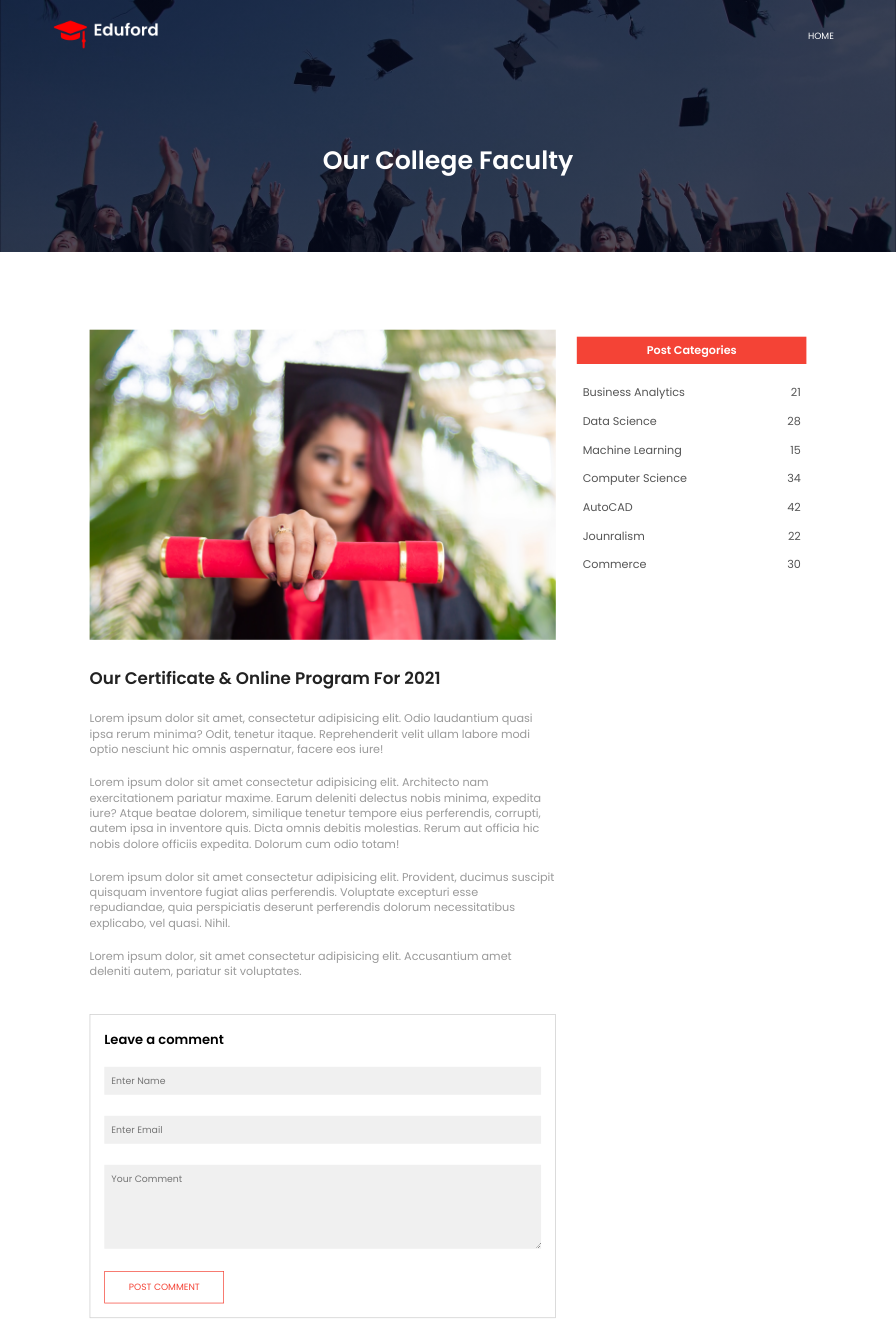
Repository: xoshiraghavx/Gbu-faculty
Page: 6th trail.html
The author's editor kept a copy of each file at every save. The page is drawn from the files as they stood at one save, then again after the next save.
The browser window is 1280 px wide. The pictures show the part of the page from y = 0 to 1920 px (the page is 2857 px tall), at 70% of full size.

Above is the page before, as saved 2023-08-12 01:47:46.

### 6th trail.html
<!DOCTYPE html>
<html lang="en">
<head>
    <meta charset="UTF-8">
    <meta http-equiv="X-UA-Compatible" content="IE=edge">
    <meta name="viewport" content="width=device-width, initial-scale=1.0">
    <title>kya hoga mera</title>
    <link rel="stylesheet" href="../css/6th trial.css">
    <link rel="preconnect" href="https://fonts.googleapis.com">
<link rel="preconnect" href="https://fonts.gstatic.com" crossorigin>
<link href="https://fonts.googleapis.com/css2?family=Poppins:wght@100;200;300;400;600;700&family=Righteous&display=swap" rel="stylesheet">
<link rel="stylesheet" href="https://stackpath.bootstrapcdn.com/font-awesome/4.7.0/css/font-awesome.min.css">
</head>
<body>
    <section class="sub-header">
        <nav>
            <a href="6th trail.html"><img src="../img/eduford.png" alt=""></a>
            <div class="nav-links" id="navLinks">
                <i class="fa fa-times" onclick="hideMenu()"></i>
                <ul>
                    <li><a href="6th trail.html">HOME</a></li>
                </ul>
            </div>
            <i class="fa fa-bars" onclick="showMenu()"></i>
        </nav>
        <h1>Our College Faculty</h1>
    </section>

    <!-- --------Blong content---------- -->
    <section class="blog-content">
        <div class="row">
            <div class="blog-left">
                <img src="../img/certificate.jpg" alt="">
                <h2>Our Certificate & Online Program For 2021</h2>
                <p>Lorem ipsum dolor sit amet, consectetur adipisicing elit. Odio laudantium quasi ipsa rerum minima? Odit, tenetur itaque. Reprehenderit velit ullam labore modi optio nesciunt hic omnis aspernatur, facere eos iure!</p>
                <br>
                <p>Lorem ipsum dolor sit amet consectetur adipisicing elit. Architecto nam exercitationem pariatur maxime. Earum deleniti delectus nobis minima, expedita iure? Atque beatae dolorem, similique tenetur tempore eius perferendis, corrupti, autem ipsa in inventore quis. Dicta omnis debitis molestias. Rerum aut officia hic nobis dolore officiis expedita. Dolorum cum odio totam!</p>
                <br>
                <p>Lorem ipsum dolor sit amet consectetur adipisicing elit. Provident, ducimus suscipit quisquam inventore fugiat alias perferendis. Voluptate excepturi esse repudiandae, quia perspiciatis deserunt perferendis dolorum necessitatibus explicabo, vel quasi. Nihil.</p>
                <br>
                <p>Lorem ipsum dolor, sit amet consectetur adipisicing elit. Accusantium amet deleniti autem, pariatur sit voluptates.</p>
                <div class="comment-box">
                    <h3>Leave a comment</h3>
                    <form class="comment-form">
                        <input type="text" placeholder="Enter Name">
                        <input type="email" placeholder="Enter Email">
                        <textarea rows="5" placeholder="Your Comment"></textarea>
                        <button type="submit" class="hero-btn red-btn">POST COMMENT</button>
                    </form>
                </div>
            </div>
            <div class="blog-right">
                <h3>Post Categories</h3>
                <div>
                    <span>Business Analytics</span>
                    <span>21</span>
                </div>
                <div>
                  <span>Data Science</span>
                  <span>28</span>
                </div>
                <div>
                  <span>Machine Learning</span>
                  <span>15</span>
                </div>
                <div>
                  <span>Computer Science</span>
                  <span>34</span>
                </div>
                <div>
                  <span> AutoCAD</span>
                  <span>42</span>
                </div>
                <div>
                  <span> Jounralism</span>
                  <span>22</span>
                </div>
                <div>
                  <span>Commerce</span>
                  <span>30</span>
                </div>
             </div>
        </div>
    </section>

    <!-- -------about us content---------->
    <section class="about-us">
        <div class="row">
            <div class="about-col">
                <h1>We are the world's largest university</h1>
                <p>Lorem ipsum dolor sit amet consectetur adipisicing elit. Voluptates unde necessitatibus consectetur aut, quisquam at, dolorem, deleniti deserunt a error officia? Quas, quos. Nemo assumenda fugiat dolore ad illo soluta.</p>
                <a href="" class="hero-btn red-btn">EXPLORE NOW</a>
            </div>
            <div class="about-col">
                <img src="../img/aboutuniversity.jpg" alt="">
            </div>
        </div>



    </section>

<!-- --------footer--------- -->
<section class="footer">
    <h4>About Us</h4>
    <p>Lorem ipsum dolor sit amet, consectetur adipisicing elit. Iste repellendus accusantium nostrum ea quisquam, cum tenetur obcaecati rerum, enim <br> neque minima soluta. Sunt explicabo praesentium aperiam voluptas inventore, in laborum.</p>
    <div class="icons">
        <i class="fa fa-facebook" aria-hidden="true"></i>
        <i class="fa fa-twitter" aria-hidden="true"></i>
        <i class="fa fa-instagram" aria-hidden="true"></i>
        <i class="fa fa-youtube" aria-hidden="true"></i>
    </div>
    <p>Made with <i class="fa fa-heart" aria-hidden="true"></i> by oshi Raghav</p>






</section>





<!-- ---------------javascript for toggle menu ----------------->
    <script>
        var navLinks = document.getElementById("navLinks");
        function showMenu(){
            navLinks.style.right = "0";
        }

        function hideMenu(){
            navLinks.style.right = "-200px";
        }

    </script>
</body>
</html>

### css/6th trial.css
*{
    margin: 0;
    padding: 0;
    font-family: 'poppins', sans-serif;
}
.header{
    min-height: 100vh;
    width: 100%;
    background: linear-gradient(rgba(4,9,30,0.7),rgba(4,9,30,0.7)),url(../img/university.png);
background-repeat: no-repeat;
    background-position: bottom;
    background-size: cover;
    position: relative;
}
nav{
    display: flex;
    padding: 2% 6%;
    justify-content: space-between;
    align-items: center;
}
nav img{
    width: 150px;
}
.nav-links{
    flex: 1;
    text-align: right;
}
.nav-links ul li{
    list-style: none;
    display: inline-block;
    padding: 8px 12px;
    position: relative;
}
.nav-links ul li a{
    color: #fff;
    text-decoration: none;
    font-size: 13px;
}
.nav-links ul li::after{
    content: '';
    width: 0%;
    height: 2px;
    background: #f44336;
    display: block;
    margin: auto;
    transition: 0.5s;
}
.nav-links ul li:hover::after{
    width: 100%;
}
.text-box{
    width: 90%;
    color: #fff;
    position: absolute;
    top: 50%;
    left: 50%;
    transform: translate(-50%,-50%);
    text-align: center;
}
.text-box h1{
    font-size: 62px;
}
.text-box p{
    margin: 10px 0 40px;
    font-size: 14px;
    color: #fff;
}
.hero-btn{
    display: inline-block;
    text-decoration: none;
    color: #fff;
    border: 1px solid #fff;
    padding: 12px 34px;
    font-size: 13px;
    background: transparent;
    position: relative;
    cursor: pointer;
}
.hero-btn{
    display: inline-block;
    text-decoration: none;
    color: #fff;
    border: 1px solid #fff;
    padding: 12px 34px;
    font-size: 13px;
    background: transparent;
    position: relative;
    cursor: pointer;
}
.hero-btn:hover{
    border: 1px solid #f44336;
    background: #f44336;
    transition: 1s;
}
nav .fa{
    display: none;
}
@media(max-width: 700px){
    .text-box h1{
        font-size: 20px;
    }
    .nav-links ul li{
        display: block;
    }
    .nav-links{
        position: fixed;
        background: #f44336;
        height: 100vh;
        width: 200px;
        top: 0;
        right: -200px;
        text-align: left;
        z-index: 2;
        transition: 1s;
    }
    nav .fa{
        display: block;
        color: #fff;
        margin: 10px;
        font-size: 22px;
        cursor: pointer;
    }
    .nav-links ul{
        padding: 30px;
    }
}
/* -------- course----- */
.course{
    width: 80%;
    margin: auto;
    text-align: center;
    padding-top: 80px;
}
h1{
    font-size: 36px;
    font-weight: 600;
}
p{
    color: #777;
    font-size: 300;
    line-height: 22px;
    padding: 10px;
}
.row{
    margin-top: 5%;
    display: flex;
    justify-content: space-between;
}
.course-col{
    flex-basis: 31%;
    background: #fff3f3;
    border-radius: 10px;
    margin-bottom: 5%;
    padding: 20px 12px;
    box-sizing: border-box;
    transition: 0.5s;
}
h3{
    text-align: center;
    font-weight: 600;
    margin: 10px 0px;
}
.course-col:hover{
    box-shadow: rgba(241, 128, 128, 0.25) 0px 54px 55px, rgba(233, 177, 177, 0.12) 0px -12px 30px, rgba(238, 209, 209, 0.12) 0px 4px 6px, rgba(230, 100, 100, 0.17) 0px 12px 13px, rgba(250, 27, 27, 0.09) 0px -3px 5px;
}
@media(max-width: 700px){
    .row{
        flex-direction: column;
    }

}
/* -------- campus------ */
.campus{
    width: 80%;
    margin: auto;
    text-align: center;
    padding-top: 50px;
}
.campus-col{
    flex-basis: 32%;
    border-radius: 10px;
    margin-bottom: 30px;
    position: relative;
    overflow: hidden;
}
.campus-col img{
    width: 100%;
    display: block;
}
.layer{
    background: transparent;
    height: 100%;
    width: 100%;
    position: absolute;
    top: 0;
    left: 0;
    transition: 0.5s;
}
.layer:hover{
    background: rgb(226, 0, 0,0.7);
}
.layer h3{
    width: 100%;
    font-weight: 500;
    color: #fff;
    font-size: 26px;
    bottom: 0;
    left: 50%;
    transform: translateX(-50%);
    position: absolute;
    opacity: 0;
    transition: 0.5s;
}
.layer:hover h3{
    bottom: 49%;
    opacity: 1;
}
/* ---------facilities-------- */
.facilities{
    width: 80%;
    margin: auto;
    text-align: center;
    padding-top: 50px;
}
.facilities-col{
    flex-basis: 31%;
    border-radius: 10px;
    text-align: left;
    margin-bottom: 5%;
}
.facilities-col img{
    width: 100%;
    border-radius: 10px;
}
.facilities-col p{
    padding: 0;
}
.facilities-col h3{
    margin-top: 16px;
    margin-bottom: 15px;
    text-align: left;
}
/* ------- testimonials------- */
.testimonials{
    width: 80%;
    padding-top: 50px;
    text-align: center;
    margin: auto;
}
.testimonial-col{
    flex-basis: 40%;
    border-radius: 10px;
    margin-bottom: 5%;
    text-align: left;
    background: #fff3f3;
    padding: 25px;
    cursor: pointer;

}
.testimonial-col img{
    height: 40px;
    margin-left: 5px;
    margin-right: 30px;
    border-radius: 50%;
}
.testimonial-col p{
    padding: 0;
}
.testimonial-col h3{
    margin-top: 15px;
    text-align: left;
}
.testimonial-col .fa{
    color: #f44336;
}
@media(max-width: 700px){
    .testimonial-col img{
        margin-left: 0px;
        margin-right: 15px;
    }
}

/* -------call to action------- */
.cta{
    margin: 100px auto;
    width: 80%;
    background: linear-gradient(rgba(0,0,0,0.7), rgba(0,0,0,0.7)),url(../img/banner2.jpg);
    background-position: center;
    background-size: cover;
    border-radius: 10px;
    text-align: center;
    padding: 100px 0;
}
.cta h1{
    color: #fff ;
    margin-bottom: 40px;
    padding: 0;
}

@media(max-width: 700px){
    .cta h1{
        font-size: 24px;
    }
}

/* ---------footer----------- */
.footer{
    width: 100%;
    text-align: center;
    padding: 30px 0;
}
.footer h4{
    margin-bottom: 25px;
    margin-top: 20px;
    font-weight: 600;
}
.icons .fa{
    color: #f44336;
    margin: 0 13px;
    cursor: pointer;
    padding: 18px 0;
}
.fa-heart-o{
    color: #f44336;
}

/* -------about us page------- */
.sub-header{
    height: 50vh;
    width: 100%;
    background-image: linear-gradient(rgba(4,9,30,0.7),rgba(4,9,30,0.7)),url(../img/scholors.jpg);
    background-position: center;
    background-size: cover;
    text-align: center;
    color: #fff;
}
.sub-header h1{
    margin-top: 100px;
}
.about-us{
    width: 80%;
    margin: auto;
    padding-top: 80px;
    padding-bottom: 50px;
}
.about-col{
    flex-basis: 48%;
    padding: 30px 2px;
}
.about-col img{
    width: 100%;
}
.about-col h1{
    padding-top: 0;
}
.about-col p{
    padding: 15px 0 25px;
}
.red-btn{
    border: 1px solid #f44336;
    background: transparent;
    color: #f44336;
}
.red-btn:hover{
    color: #fff;
}

/* -------blog-content---------- */
.blog-content{
    width: 80%;
    margin: auto;
    padding: 60px 0;
}
.blog-left{
    flex-basis: 65%;
}
.blog-left img{
    width: 100%;
}
.blog-left h2{
    color: #222;
    font-weight: 600;
    margin: 30px 0;
}
.blog-left p{
    color: #999;
    padding: 0;
}
.blog-right{
    flex-basis: 32%;
}
.blog-right h3{
    background: #f44336;
    color: #fff;
    padding: 7px 0;
    font-size: 16px;
    margin-bottom: 20px;
}
.blog-right div{
    display: flex;
    align-items: center;
    justify-content: space-between;
    color: #555 ;
    padding: 8px;
    box-sizing: border-box;
}
.comment-box{
    border: 1px solid #ccc;
    margin: 50px 0;
    padding: 10px 20px;
}
.comment-box h3{
    text-align: left;
}
.comment-form input, .comment-form textarea{
    width: 100%;
    padding: 10px;
    margin: 15px 0;
    box-sizing: border-box;
    border: none;
    outline: none;
    color: #222;
    background: #f0f0f0;
}
.comment-form button{
    margin: 10px 0;
}
@media(max-width:700px){
    .sub-header h1{
        font-size: 24px;
    }
}
/* ----contact us----- */
.location{
    width: 80%;
    margin: auto;
    padding: 80px 0;
}
.location iframe{
    width: 100%;

}
.contact-us{
    width: 80%;
    margin: auto;
}
.contact-col{
    flex-basis: 48%;
    margin-bottom: 30px;
}
.contact-col div{
    display: flex;
    align-items: center;
    margin-bottom: 40px;
}
.contact-col div .fa{
    font-size: 28px;
    color: #f44336;
    margin: 10px;
    margin-right: 30px;
}
.contact-col div p{
    padding: 0;
}
.contact-col div h5{
    font-size: 20px;
    margin-bottom: 5px;
    color: #555;
    font-weight: 400;
}
.contact-col input, .contact-col textarea{
    width: 100%;
    padding: 15px;
    margin-bottom: 17px;
    outline: none;
    border: 1px solid #ccc;
    box-sizing:border-box ;
}

After the next save:
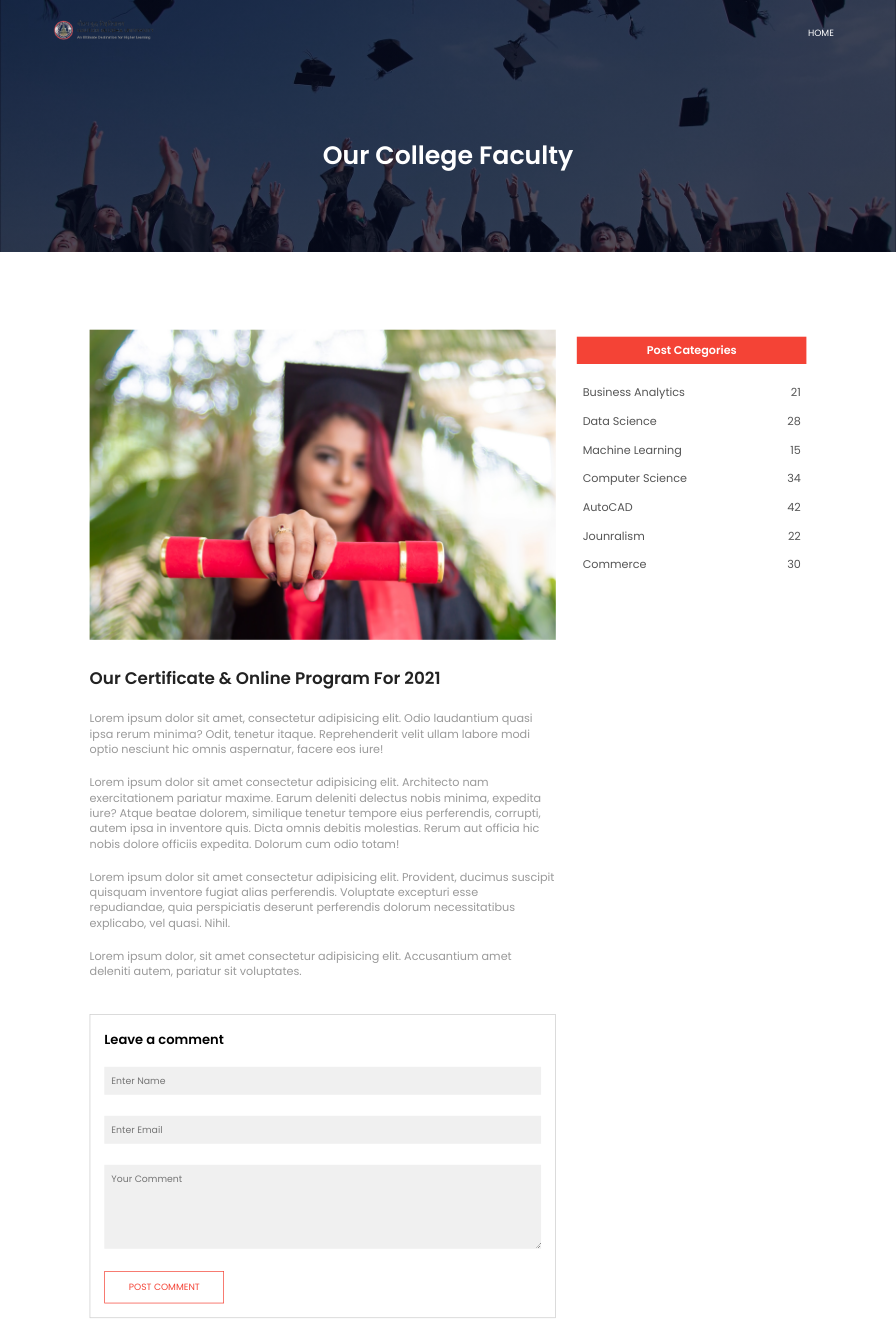
Saved 2 min 42 s later.
--- a/6th trail.html
+++ b/6th trail.html
@@ -14,7 +14,7 @@
 <body>
     <section class="sub-header">
         <nav>
-            <a href="6th trail.html"><img src="../img/eduford.png" alt=""></a>
+            <a href="6th trail.html"><img src="../img/Logo.png" alt=""></a>
             <div class="nav-links" id="navLinks">
                 <i class="fa fa-times" onclick="hideMenu()"></i>
                 <ul>
